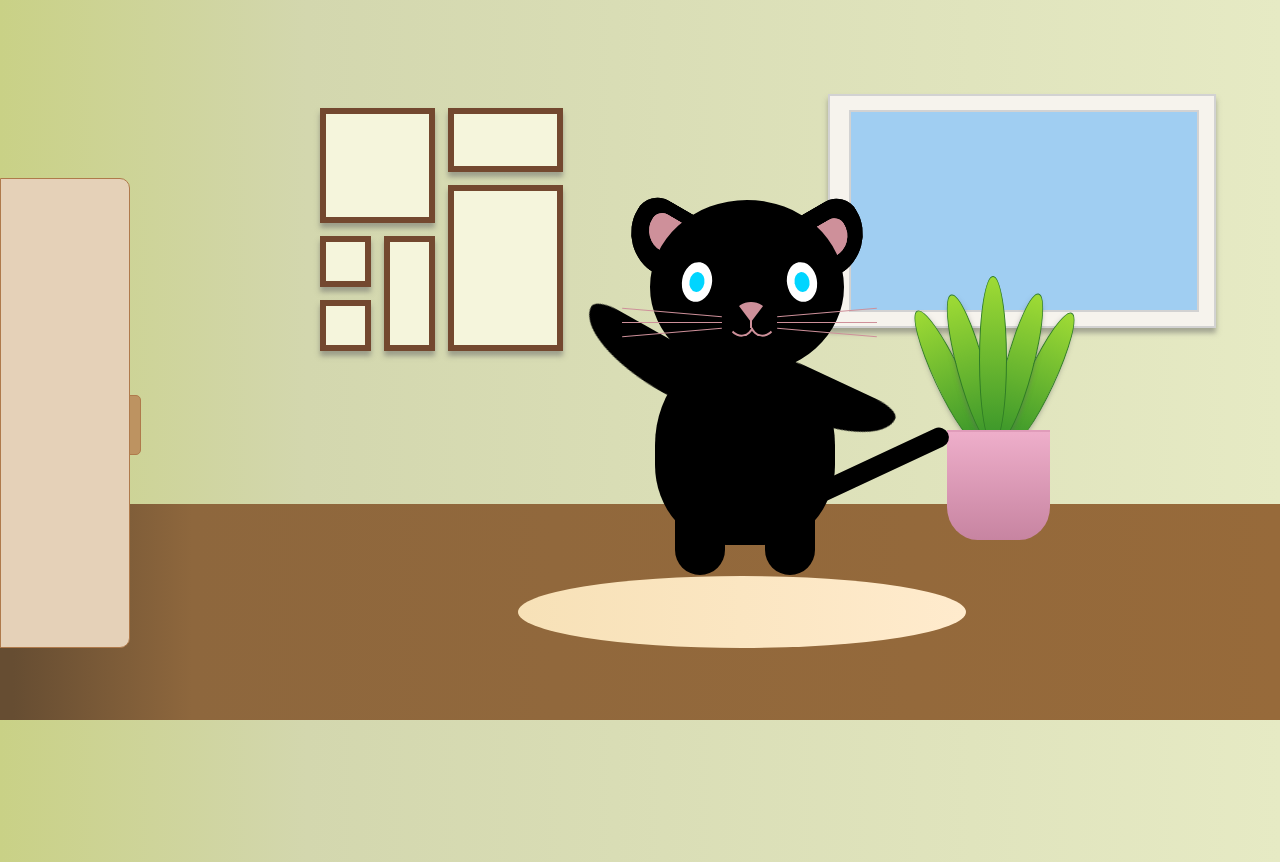
Repository: SandyLy453/COMP-2170-team-project
Page: index.html
These files come from the project's save history. The page is drawn as it stood at one moment and after the next save; the edit follows.
The browser window is 1280 px wide. The pictures show the whole page.

Above is the page before, as saved 2024-05-03 14:25:37.

### index.html
<!DOCTYPE html>
<html lang="en">
<head>
    <meta charset="UTF-8">
    <meta name="viewport" content="width=device-width, initial-scale=1.0">
    <title>Team Project: Doll Dress-Up Game</title>
    <link rel="stylesheet" href="styles.css" />
</head>
<body>
    <main class="main-area">
        <div class="background">
            <div class="floor"></div>
            <div class="closet">
                <div class="openner"></div>
            </div>
            <div class="carpet"></div>
            <div class="window">
                <div class="outside"></div>
            </div>
            <div class="plantPot">
                <div class="leaves">
                    <div class="plant"></div>
                    <div class="plant-left-one"></div>
                    <div class="plant-right-one"></div>
                    <div class="plant-left-two"></div>
                    <div class="plant-right-two"></div>
                </div>
                <div class="pot"></div>
            </div>
            <div class="picturesCombo">
                <div class="pictures-one">
                    <div class="pic-one"></div>
                </div>
                <div class="pictures-two">
                    <div class="pic-two"></div>
                </div>
                <div class="pictures-three">
                    <div class="pic-three"></div>
                </div>
                <div class="pictures-four">
                    <div class="pic-four"></div>
                </div>
                <div class="pictures-five">
                    <div class="pic-five"></div>
                </div>
                <div class="pictures-six">
                    <div class="pic-six"></div>
                </div>
            </div>
        </div>

        <div class="character">
            <div class="cat">
                <div class="cat-head">
                    <div class="ears">

                        <div class="left-ear">
                            <div class="left-inner-ear">
                            </div>
                        </div>

                        <div class="right-ear">
                            <div class="right-inner-ear">
                            </div>
                        </div>
                    </div>

                    <div class="cat-eyes">
                        <div class="left-eye">
                            <div class="left-inner-eye">
                            </div>
                        </div>
                        <div class="right-eye">
                            <div class="right-inner-eye">
                            </div>
                        </div>
                    </div>

                    <div class="cat-nose"></div>

                    <div class="cat-mouth">
                        <div class="middle-line"></div>
                        <div class="left-line"></div>
                        <div class="right-line"></div>
                    </div>

                    <div class="cat-whiskers-left">
                        <div class="whisker-left-top"></div>
                        <div class="whisker-left-middle"></div>
                        <div class="whisker-left-bottom"></div>
                    </div>
                    <div class="cat-whiskers-right">
                        <div class="whisker-right-top"></div>
                        <div class="whisker-right-middle"></div>
                        <div class="whisker-right-bottom"></div>
                    </div>
                </div>

                <div class="cat-body">
                    <div class="arm left-arm"></div>
                    <div class="arm right-arm"></div>
                    <div class="foot left-foot"></div>
                    <div class="foot right-foot"></div>
                    <div class="tail"></div>
                </div>
            </div>
        </div>
    </main>
    <script src="script.js"></script>
</body>
</html>

### styles.css
body {
    margin: 0;
    width: 100vw;
    height: 100vh;
    background: linear-gradient(90deg, rgba(201,209,134,1) 0%, rgba(211,215,174,1) 24%, rgba(230,234,196,1) 100%);
}

/* Background styling */

.background {
    z-index: -100;
}

.floor {
    position: absolute;
    bottom: 0;
    width: 100vw;
    height: 30vh;
    background: linear-gradient(90deg, rgba(102,77,50,1) 1%, rgb(142, 103, 61) 15%, rgba(151,106,58,1) 100%);
    z-index: -2;
}

.closet {
    position: absolute;
    bottom: 10vh;
    left: 0;
    width: 10vw;
    height: 65vh;
    background-color: rgb(229, 209, 184);
    border-radius: 0 10px 10px 0;
    border: 1px solid rgb(175, 122, 75);
}

.openner {
    position: relative;
    width: 0.75vw;
    height: 8vh;
    left: 10vw;
    bottom: -30vh;
    background-color: rgb(189, 147, 97);
    border: 1px solid rgb(175, 122, 75);
    border-radius: 0 5px 5px 0;
}

.carpet {
    width: 35vw;
    height: 10vh;
    border-radius: 50%;
    background: linear-gradient(90deg, rgba(247,225,183,1) 0%, rgba(255,235,205,1) 100%);
    position: absolute;
    bottom: 10vh;
    right: 24.5vw;
}

.window {
    width: 30vw;
    height: 32vh;
    background-color: rgb(246, 243, 237);
    position: absolute;
    right: 5vw;
    top: 13vh;
    border: 2px solid rgb(210, 210, 210);
    box-shadow: 0 5px 5px rgba(100, 100, 100, 0.5);
    z-index: -10;
}

.outside {
    width: 27vw;
    height: 27.5vh;
    background-color: rgb(160, 206, 242);
    position: relative;
    left: 1.5vw;
    top: 2vh;
    border: 2px solid rgb(210, 210, 210)
}

.plantPot {
    position: absolute;
    right: 18vw;
    bottom: 25vh;
}

.pot {
    width: 8vw;
    height: 15vh;
    background: linear-gradient(180deg, rgba(238,174,202,1) 0%, rgba(199,132,161,1) 100%);
    border-bottom-left-radius: 30%;
    border-bottom-right-radius: 30%;
    border-top: 2px solid rgb(224, 156, 186);
    z-index: 2;
}

.leaves {
    position: relative;
    top: 60vh;
    left: 0.5vw;
}

.plant {
    height: 23vh;
    width: 2vw;
    background: linear-gradient(0deg, rgba(55,148,42,1) 0%, rgba(159,219,53,1) 100%);
    z-index: -1;
    position: relative;
    top: 25vh;
    left: 2vw;
    border-radius: 100%;
    border: 1px solid rgb(47, 124, 37);
}

.plant-left-one {
    height: 21vh;
    width: 2vw;
    background: linear-gradient(0deg, rgba(55,148,42,1) 0%, rgba(159,219,53,1) 100%);
    z-index: -2;
    position: relative;
    top: 4vh;
    left: 0.25vw;
    border-radius: 100%;
    border: 1px solid rgb(47, 124, 37);
    transform: rotate(-15deg);
    box-shadow: 0 5px 5px rgba(100, 100, 100, 0.5);
}

.plant-right-one {
    height: 21vh;
    width: 2vw;
    background: linear-gradient(0deg, rgba(55,148,42,1) 0%, rgba(159,219,53,1) 100%);
    z-index: -3;
    position: relative;
    top: -17.5vh;
    left: 4vw;
    border-radius: 100%;
    border: 1px solid rgb(47, 124, 37);
    transform: rotate(15deg);
    box-shadow: 0 5px 5px rgba(100, 100, 100, 0.5);
}

.plant-left-two {
    height: 20vh;
    width: 2vw;
    background: linear-gradient(0deg, rgba(55,148,42,1) 0%, rgba(159,219,53,1) 100%);
    z-index: -4;
    position: relative;
    top: -37vh;
    left: -1.5vw;
    border-radius: 100%;
    border: 1px solid rgb(47, 124, 37);
    transform: rotate(-25deg);
    box-shadow: 0 5px 5px rgba(100, 100, 100, 0.5);
}

.plant-right-two {
    height: 20vh;
    width: 2vw;
    background: linear-gradient(0deg, rgba(55,148,42,1) 0%, rgba(159,219,53,1) 100%);
    z-index: -5;
    position: relative;
    top: -57vh;
    left: 5.75vw;
    border-radius: 100%;
    border: 1px solid rgb(47, 124, 37);
    transform: rotate(25deg);
    box-shadow: 0 5px 5px rgba(100, 100, 100, 0.5);
}

.picturesCombo {
    position: absolute;
    left: 25vw;
    top: 15vh;
    z-index: -10;
}

.pictures-one {
    position: relative;
    width: 9vw;
    height: 9vw;
    background-color: rgb(115, 72, 47);
    box-shadow: 0 5px 5px rgba(100, 100, 100, 0.5);
}

.pictures-two {
    position: relative;
    top: 1vw;
    width: 4vw;
    height: 4vw;
    background-color: rgb(115, 72, 47);
    box-shadow: 0 5px 5px rgba(100, 100, 100, 0.5);
}

.pictures-three {
    position: relative;
    top: 2vw;
    width: 4vw;
    height: 4vw;
    background-color: rgb(115, 72, 47);
    box-shadow: 0 5px 5px rgba(100, 100, 100, 0.5);
}

.pictures-four {
    position: relative;
    top: -7vw;
    left: 5vw;
    width: 4vw;
    height: 9vw;
    background-color: rgb(115, 72, 47);
    box-shadow: 0 5px 5px rgba(100, 100, 100, 0.5);
}

.pictures-five {
    position: relative;
    top: -26vw;
    left: 10vw;
    width: 9vw;
    height: 5vw;
    background-color: rgb(115, 72, 47);
    box-shadow: 0 5px 5px rgba(100, 100, 100, 0.5);
}

.pictures-six {
    position: relative;
    top: -25vw;
    left: 10vw;
    width: 9vw;
    height: 13vw;
    background-color: rgb(115, 72, 47);
    box-shadow: 0 5px 5px rgba(100, 100, 100, 0.5);
}

.pic-one {
    position: relative;
    width: 8vw;
    height: 8vw;
    background-color: beige;
    top: 0.5vw;
    left: 0.5vw;
}

.pic-two {
    position: relative;
    width: 3vw;
    height: 3vw;
    background-color: beige;
    top: 0.5vw;
    left: 0.5vw;
}

.pic-three {
    position: relative;
    width: 3vw;
    height: 3vw;
    background-color: beige;
    top: 0.5vw;
    left: 0.5vw;
}

.pic-four {
    position: relative;
    width: 3vw;
    height: 8vw;
    background-color: beige;
    top: 0.5vw;
    left: 0.5vw;
}

.pic-five {
    position: relative;
    width: 8vw;
    height: 4vw;
    background-color: beige;
    top: 0.5vw;
    left: 0.5vw;
}

.pic-six {
    position: relative;
    width: 8vw;
    height: 12vw;
    background-color: beige;
    top: 0.5vw;
    left: 0.5vw;
}



/* Cat styling */

.cat-head {
    position: absolute;
    right: 0;
    left: 650px;
    top: 200px;
    bottom: 0;
    background-color: black;
    width: 190px;
    height: 170px;
    border: 2px solid black;
    border-radius: 50%;
}

.left-ear {
    position: absolute;
    z-index: -1;
    top: 0;
    left: -25px;
    border-top-left-radius: 80px;
    border-top-right-radius: 40px;
    transform: rotate(-60deg);
    border-left: 35px solid black;
    border-right: 35px solid black;
    border-bottom: 70px solid black;
}

.right-ear {
    position: absolute;
    z-index: -1;
    top: 1px;
    left: 145px;
    border-top-left-radius: 40px;
    border-top-right-radius: 80px;
    transform: rotate(60deg);
    border-left: 35px solid black;
    border-right: 35px solid black;
    border-bottom: 70px solid black;
}

.left-inner-ear {
    position: absolute;
    top: 0;
    left: -30px;
    transform: scale(0.5);
    border-top-left-radius: 80px;
    border-top-right-radius: 40px;
    border-bottom-right-radius: 40%;
    border-bottom-left-radius: 40%;
    border-left: 35px solid rgb(206, 144, 154);
    border-right: 35px solid rgb(206, 144, 154);
    border-bottom: 70px solid rgb(206, 144, 154);
}

.right-inner-ear {
    position: absolute;
    top: 0px;
    left: -35px;
    transform: scale(0.5);
    border-top-left-radius: 40px;
    border-top-right-radius: 80px;
    border-bottom-right-radius: 40%;
    border-bottom-left-radius: 40%;
    border-left: 35px solid rgb(206, 144, 154);
    border-right: 35px solid rgb(206, 144, 154);
    border-bottom: 70px solid rgb(206, 144, 154);
}

.left-eye {
    position: absolute;
    top: 60px;
    left: 30px;
    border-radius: 60%;
    transform: rotate(10deg);
    width: 30px;
    height: 40px;
    background-color: white;
}

.right-eye {
    position: absolute;
    top: 60px;
    left: 135px;
    border-radius: 60%;
    transform: rotate(-10deg);
    width: 30px;
    height: 40px;
    background-color: white;
}

.left-inner-eye {
    position: absolute;
    top: 0px;
    left: 0px;
    border-radius: 60%;
    transform: scale(0.5);
    width: 30px;
    height: 40px;
    background-color: rgb(0, 213, 255);
}

.right-inner-eye {
    position: absolute;
    top: 0px;
    left: 0px;
    border-radius: 60%;
    transform: scale(0.5);
    width: 30px;
    height: 40px;
    background-color: rgb(0, 213, 255);
}

.cat-nose {
    position: absolute;
    top: 100px;
    left: 84px;
    border-top-left-radius: 50%;
    border-top-right-radius: 50%;
    border-bottom-right-radius: 50%;
    border-bottom-left-radius: 50%;
    transform: rotate(180deg);
    border-left: 15px solid transparent;
    border-right: 15px solid transparent;
    border-bottom: 20px solid rgb(206, 144, 154);
}

/* .cat-mouth div{
    position: absolute;
    top: 50px;
    width: 30px;
    height: 50px;
    border: 2px solid rgb(206, 144, 154);
    border-radius: 190%/190px;
    border-color: rgb(206, 144, 154) transparent transparent transparent;
} */

.left-line {
    position: absolute;
    top: 81px;
    left: 69.5px;
    width: 30px;
    height: 50px;
    border: 2px solid rgb(206, 144, 154);
    border-radius: 80%;
    transform: rotate(170deg);
    border-color: rgb(206, 144, 154) transparent transparent transparent;
}

.middle-line {
    position: absolute;
    top: 120px;
    left: 94px;
    width: 10px;
    height: 2px;
    background-color: rgb(206, 144, 154);
    transform: rotate(90deg);
}

.right-line {
    position: absolute;
    top: 81px;
    left: 95.5px;
    width: 30px;
    height: 50px;
    border: 2px solid rgb(206, 144, 154);
    border-radius: 80%;
    transform: rotate(190deg);
    border-color: rgb(206, 144, 154) transparent transparent transparent;
}

.whisker-left-top {
    position: absolute;
    top: 110px;
    left: -30px;
    transform: rotate(5deg);
    width: 100px;
    height: 1px;
    background-color: rgb(206, 144, 154);
}

.whisker-left-middle {
    position: absolute;
    top: 120px;
    left: -30px;
    transform: rotate(0deg);
    width: 100px;
    height: 1px;
    background-color: rgb(206, 144, 154);
}

.whisker-left-bottom {
    position: absolute;
    top: 130px;
    left: -30px;
    transform: rotate(-5deg);
    width: 100px;
    height: 1px;
    background-color: rgb(206, 144, 154);
}

.whisker-right-top {
    position: absolute;
    top: 110px;
    left: 125px;
    transform: rotate(-5deg);
    width: 100px;
    height: 1px;
    background-color: rgb(206, 144, 154);
}

.whisker-right-middle {
    position: absolute;
    top: 120px;
    left: 125px;
    transform: rotate(0deg);
    width: 100px;
    height: 1px;
    background-color: rgb(206, 144, 154);
}

.whisker-right-bottom {
    position: absolute;
    top: 130px;
    left: 125px;
    transform: rotate(5deg);
    width: 100px;
    height: 1px;
    background-color: rgb(206, 144, 154);
}

.cat-body {
    position: absolute;
    width: 180px;
    height: 200px;
    border-left: 80px;
    border-right: 80px;
    top: 345px;
    left: 655px;
    background-color: black;
    border-top-left-radius: 100%;
    border-top-right-radius: 100%;
    border-bottom-left-radius: 80%;
    border-bottom-right-radius: 80%;
}

.arm {
    width: 50px;
    height: 130px;
    background-color: black;
    border-radius: 30% 30% 30% 120%;
    z-index: -2;
}

.left-arm {
    position: absolute;
    top: 60px;
    left: 30px;
    transform-origin: top left;
    transform: rotate(110deg) scaleX(-1);
    animation: 3s linear infinite wave;
}

.right-arm {
    position: absolute;
    top: -5px;
    left: 150px;
    transform: rotate(-65deg);
}

.foot {
    background-color: black;
    height: 80px;
    width: 50px;
    border-left: 100px;
    border-right: 100px;
    border-radius: 0 0 50px 50px;
}

.left-foot {
    position: absolute;
    top: 150px;
    left: 20px;
}

.right-foot {
    position: absolute;
    top: 150px;
    left: 110px;
}

.tail {
    position: absolute;
    width: 150px;
    height: 20px;
    border-radius: 0 20px 20px 0;
    background-color: black;
    top: 110px;
    left: 150px;
    transform: rotate(-25deg);
    animation: 5s linear infinite move;
}

@keyframes wave {
    10%, 90% {
      transform: rotate(110deg) scaleX(-1);
    }
    20% {
      transform: rotate(130deg) scaleX(-1);
    }
    30% {
      transform: rotate(110deg) scaleX(-1);
    }
    40% {
      transform: rotate(130deg) scaleX(-1);
    }
  }

  @keyframes move {

  }

### script.js
const shirts = ["shirt1","shirt2","shirt3","shirt4", "shirt5"]

const bottoms = ["bottom1","bottom2","bottom3","bottom4", "bottom5"]

const accessories = ["acc1","acc2","acc3","acc4", "acc5"]

After the next save:
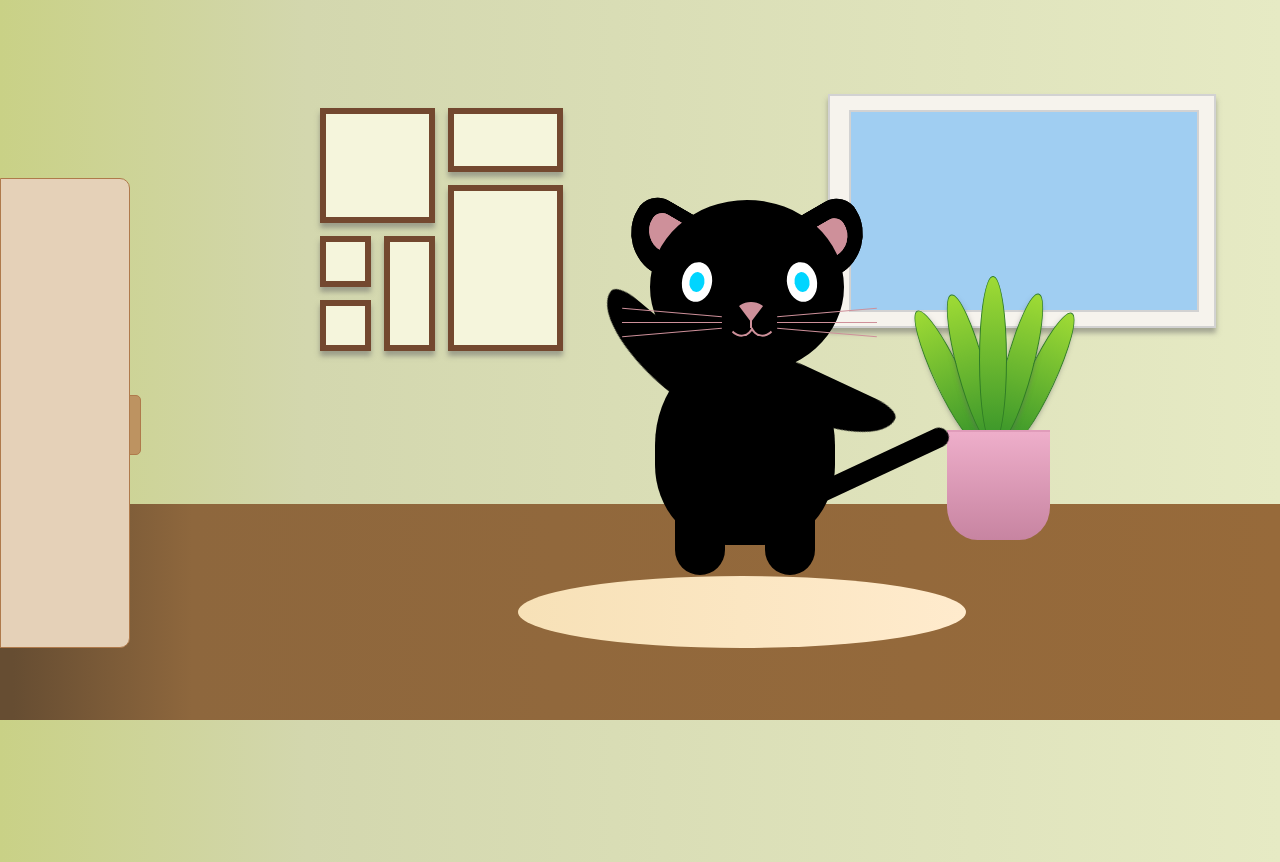
Saved 15 s later.
--- a/styles.css
+++ b/styles.css
@@ -590,7 +590,7 @@ body {
     10%, 90% {
       transform: rotate(110deg) scaleX(-1);
     }
-    20% {
+    20%, 80% {
       transform: rotate(130deg) scaleX(-1);
     }
     30% {
@@ -602,5 +602,10 @@ body {
   }
 
   @keyframes move {
-
+    10% {
+      transform: rotate(110deg);
+    }
+    20% {
+      transform: rotate(130deg);
+    }
   }
